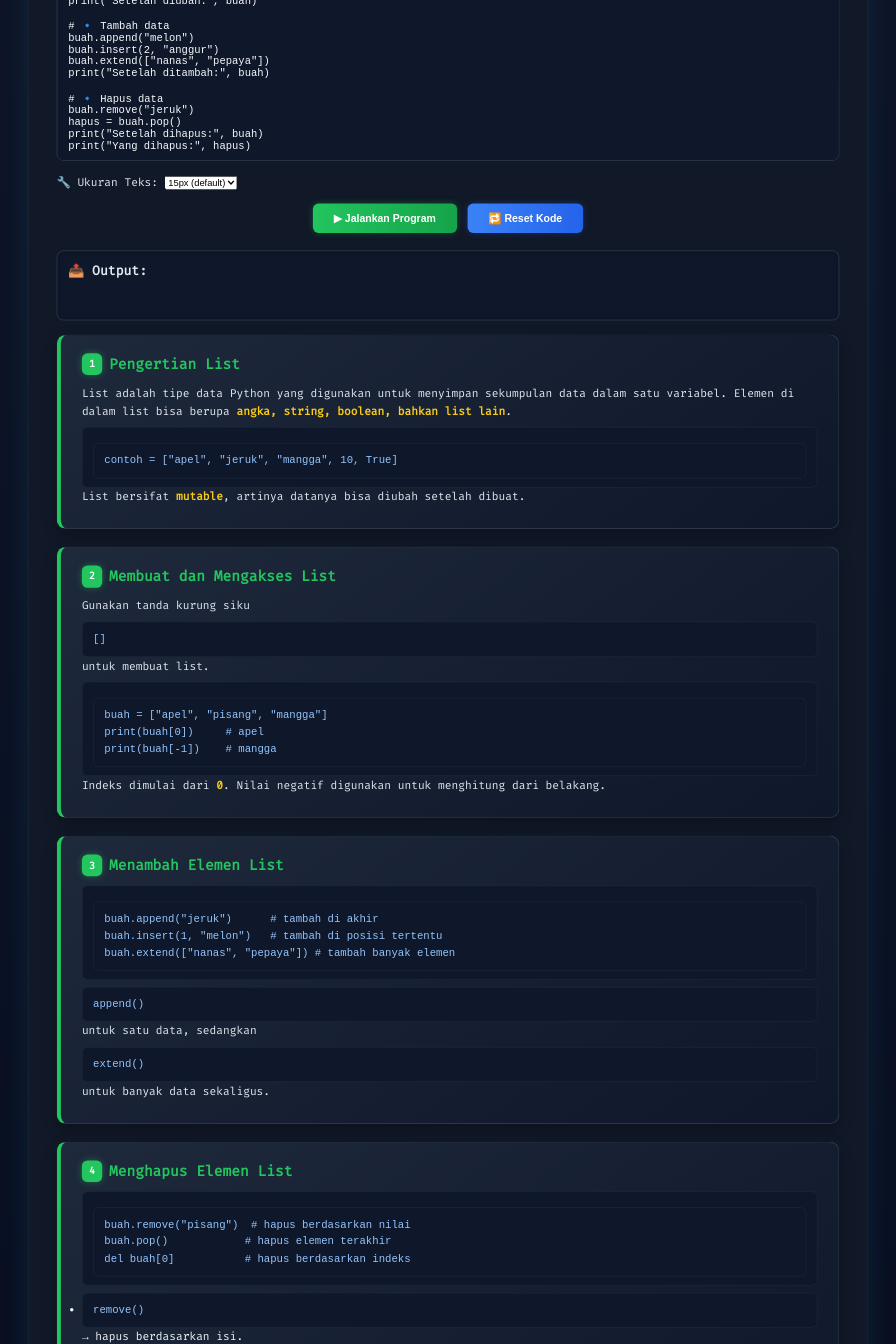
Repository: smkmutipugademak/Array
Page: index.html
An editor plug-in stored every save of this project. The page is shown before and after the next save, followed by the edit.
The browser window is 1280 px wide. The pictures show the part of the page from y = 614 to 2534 px (the page is 5792 px tall before and 5814 px after), at 70% of full size.
An inner scrolling area shows only its first screen.

Above is the page before, as saved 2025-11-11 05:29:25.

After the next save:
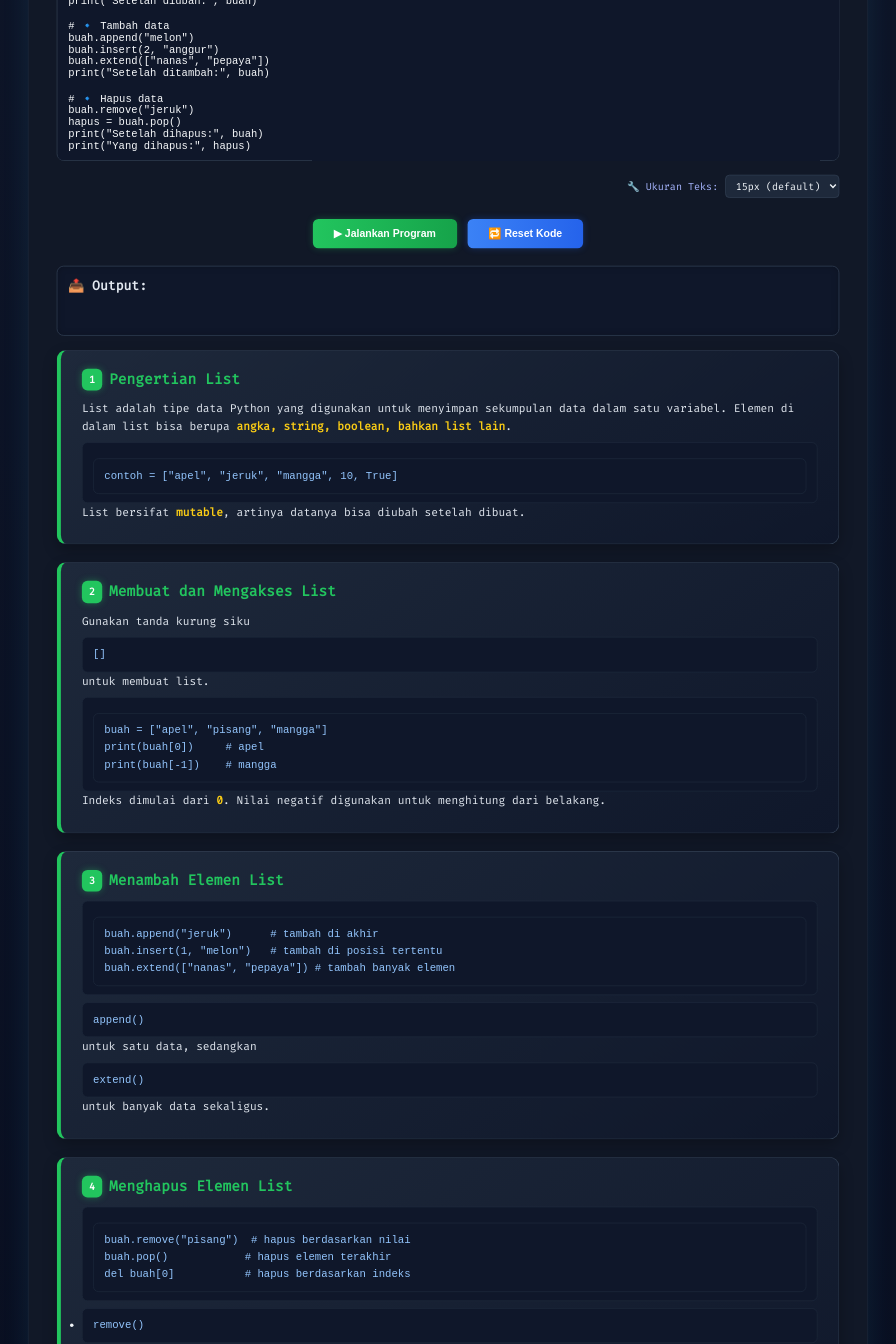
Saved 12 s later.
--- a/style.css
+++ b/style.css
@@ -288,6 +288,37 @@ pre {
     }
 }
 
+/* FONT SIZE CONTROL */
+.editor-controls {
+    display: flex;
+    align-items: center;
+    justify-content: flex-end;
+    gap: 10px;
+    margin-bottom: 10px;
+}
+
+.editor-controls label {
+    color: #a5b4fc;
+    font-weight: 500;
+    font-size: 0.9rem;
+}
+
+#fontSize {
+    background: #1e293b;
+    color: #f1f5f9;
+    border: 1px solid #334155;
+    border-radius: 6px;
+    padding: 5px 10px;
+    font-family: "Fira Code", monospace;
+    font-size: 0.9rem;
+    cursor: pointer;
+}
+
+#fontSize:hover {
+    background: #2563eb;
+    color: #fff;
+}
+
 /* RESPONSIVE ADJUSTMENTS */
 
 /* 💻 Laptop kecil */
